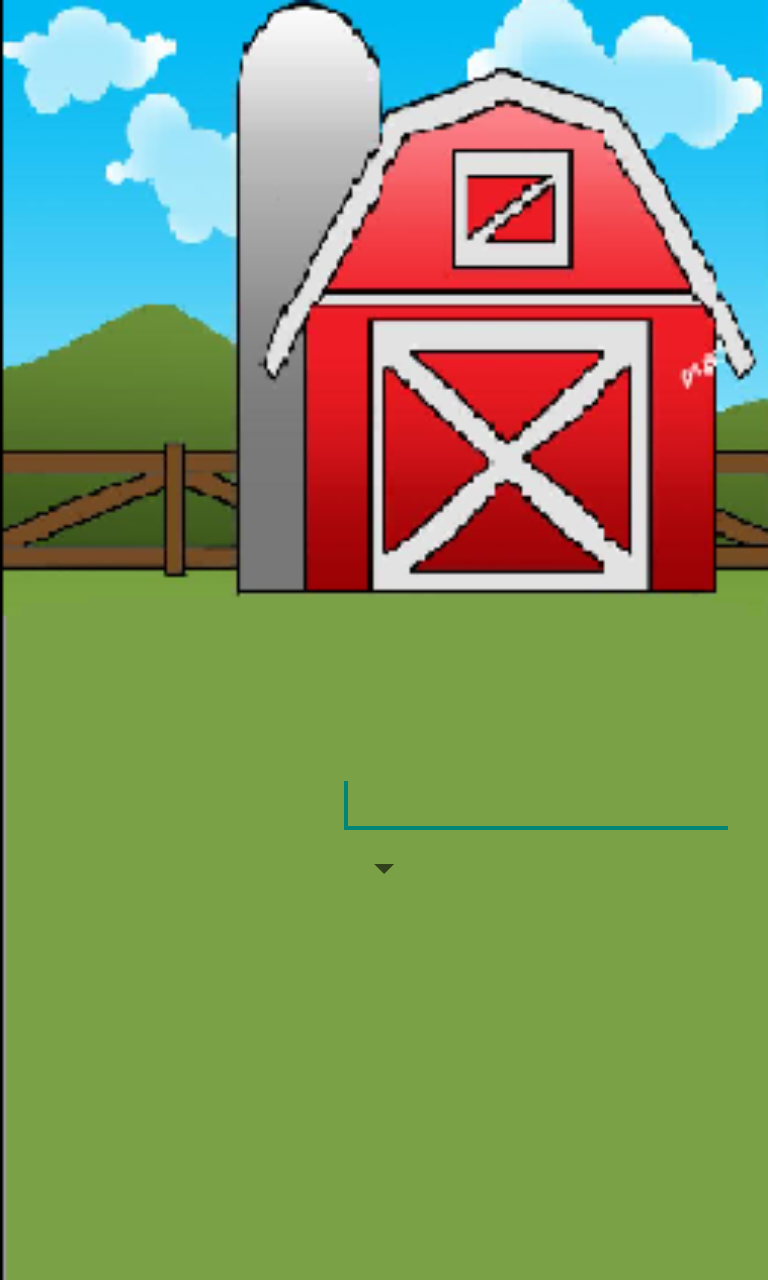
Repository: jdmielke/AnimalApp
Layout: AWEA/res/layout/activity_main.xml
An editor plug-in stored every save of this project. The layout is shown before and after the next save, followed by the edit.
It is drawn on a 768 x 1280 px phone screen (xhdpi) without system bars, with theme AppTheme; the app's code is not run.

Above is the layout before, as saved 2014-10-15 23:24:06.

### AWEA/res/layout/activity_main.xml
<RelativeLayout xmlns:android="http://schemas.android.com/apk/res/android"
    xmlns:tools="http://schemas.android.com/tools"
    android:layout_width="match_parent"
    android:layout_height="match_parent"
    android:paddingBottom="@dimen/activity_vertical_margin"
    android:paddingLeft="@dimen/activity_horizontal_margin"
    android:paddingRight="@dimen/activity_horizontal_margin"
    android:paddingTop="@dimen/activity_vertical_margin"
    tools:context="com.example.awea.MainActivity"
    android:background="@drawable/app_background">

    <Spinner
        android:id="@+id/spinner1"
        android:layout_width="wrap_content"
        android:layout_height="wrap_content"
        android:layout_alignParentBottom="true"
        android:layout_centerHorizontal="true"
        android:layout_marginBottom="178dp" />

    <EditText
        android:id="@+id/spinner_title"
        android:layout_width="wrap_content"
        android:layout_height="wrap_content"
        android:layout_above="@+id/spinner1"
        android:layout_alignLeft="@+id/spinner1"
        android:ems="10" >

        <requestFocus />
    </EditText>

</RelativeLayout>

Loaded but not shown: AWEA/res/values/styles.xml (common file); AWEA/res/values-v11/styles.xml (common file); AWEA/res/values-v14/styles.xml (common file); AWEA/res/values/dimens.xml (common file); AWEA/res/values-w820dp/dimens.xml (common file)

After the next save:
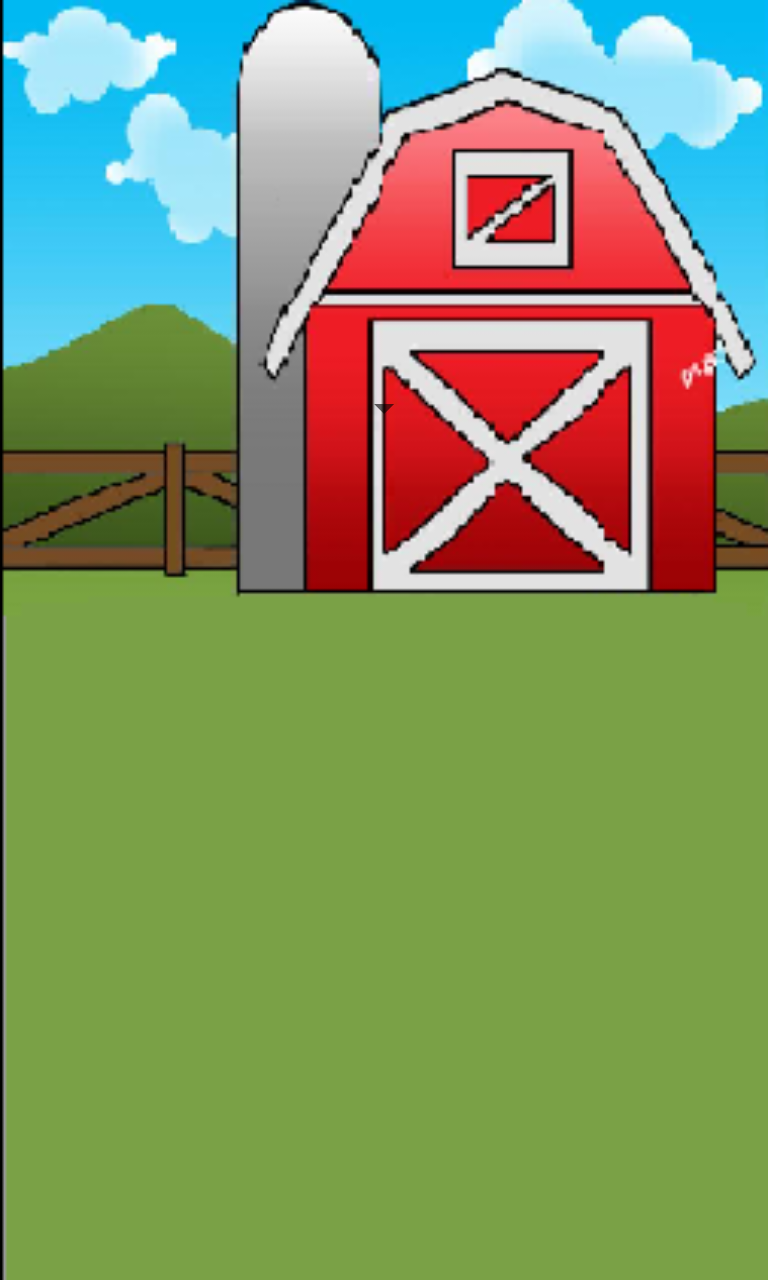
Saved 69 s later.
--- a/AWEA/res/layout/activity_main.xml
+++ b/AWEA/res/layout/activity_main.xml
@@ -13,19 +13,8 @@
         android:id="@+id/spinner1"
         android:layout_width="wrap_content"
         android:layout_height="wrap_content"
-        android:layout_alignParentBottom="true"
+        android:layout_alignParentTop="true"
         android:layout_centerHorizontal="true"
-        android:layout_marginBottom="178dp" />
-
-    <EditText
-        android:id="@+id/spinner_title"
-        android:layout_width="wrap_content"
-        android:layout_height="wrap_content"
-        android:layout_above="@+id/spinner1"
-        android:layout_alignLeft="@+id/spinner1"
-        android:ems="10" >
-
-        <requestFocus />
-    </EditText>
+        android:layout_marginTop="176dp" />
 
 </RelativeLayout>
